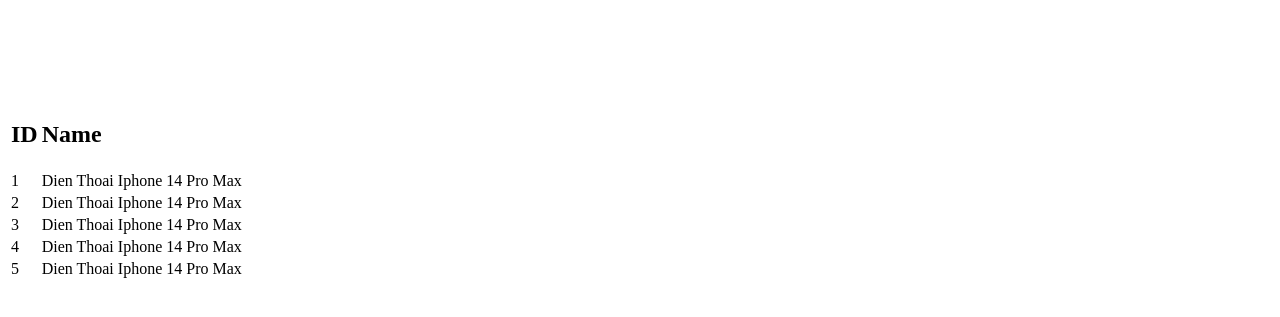
Repository: saiyagodvp/_java4
Page: http://localhost/slide4/product
An editor plug-in stored every save of this project. The page is shown before and after the next save, followed by the edit.
The browser window is 1280 px wide. The pictures show the whole page.
The page is served by Tomcat 9.

Above is the page before, as saved 2023-03-24 10:48:57.

After the next save:
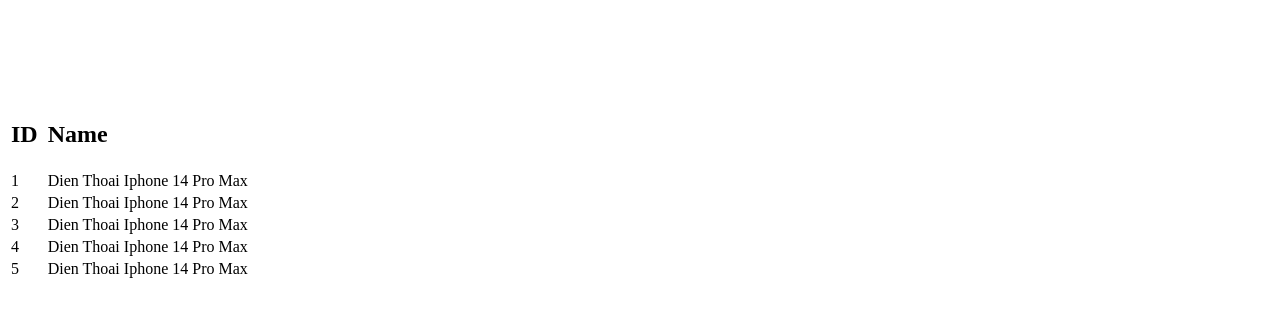
Saved 13 s later.
--- a/slide4/src/main/webapp/product/list.jsp
+++ b/slide4/src/main/webapp/product/list.jsp
@@ -20,7 +20,7 @@
 	%> --%>
 	<table>
 		<thead>
-			<td><h2>ID</h2></td>&nbsp&nbsp&nbsp
+			<td><h2>ID&nbsp</h2></td>
 			<td><h2>Name</h2></td>
 		</thead>
 		<tbody>

After the save that followed:
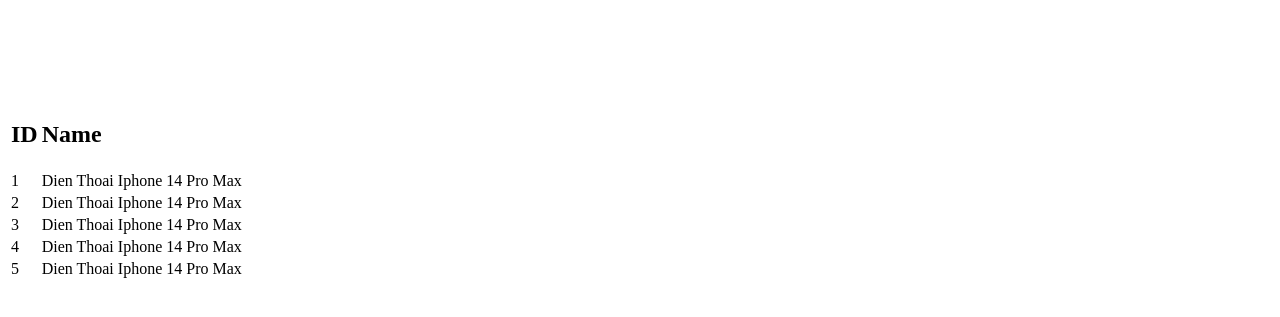
Saved 4 s later.
--- a/slide4/src/main/webapp/product/list.jsp
+++ b/slide4/src/main/webapp/product/list.jsp
@@ -20,7 +20,7 @@
 	%> --%>
 	<table>
 		<thead>
-			<td><h2>ID&nbsp</h2></td>
+			<td><h2>ID</h2></td>
 			<td><h2>Name</h2></td>
 		</thead>
 		<tbody>
